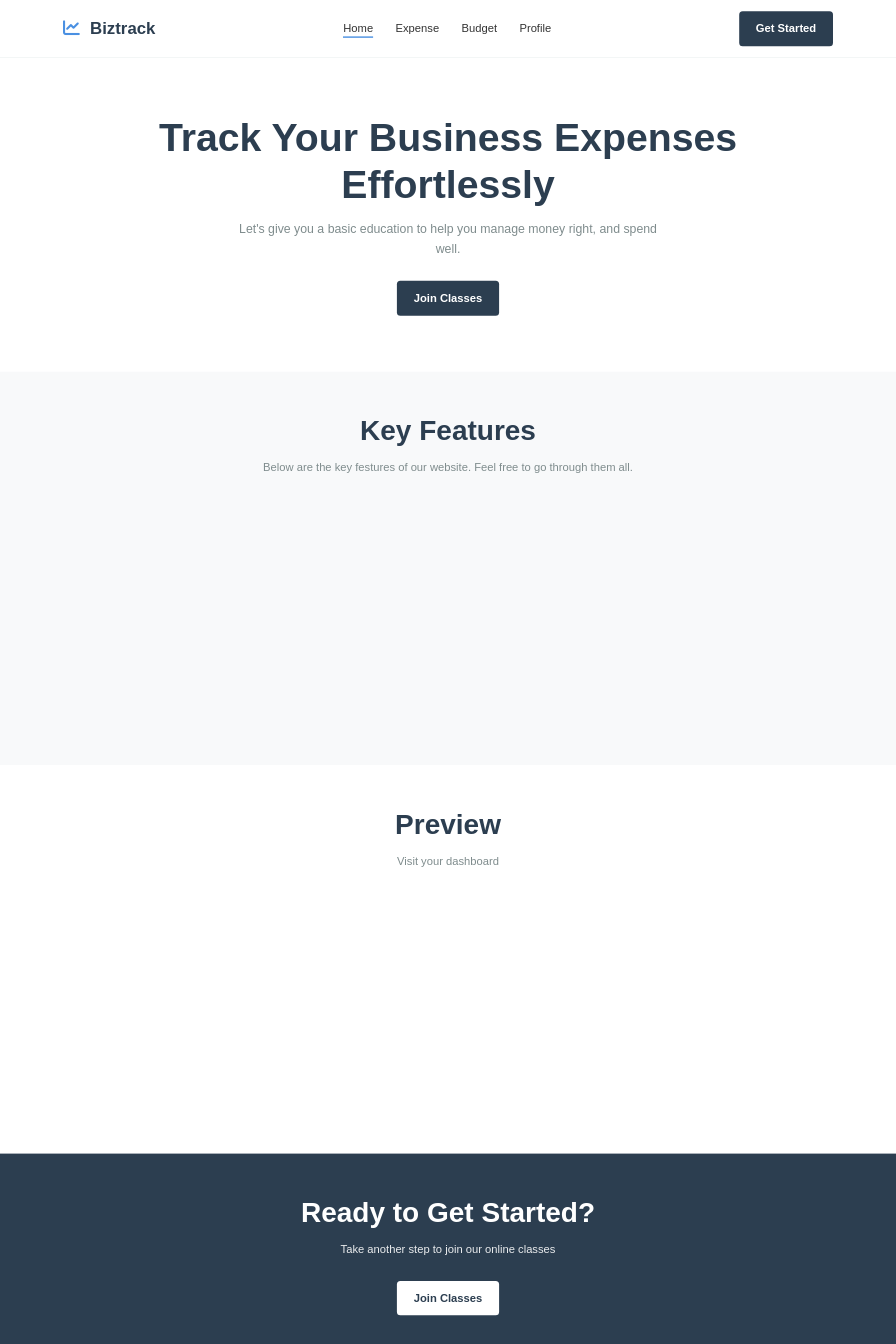
Repository: JoyUdoh106/wdd131
Page: project/index.html
These files come from the project's save history. The page is drawn as it stood at one moment and after the next save; the edit follows.
The browser window is 1280 px wide. The pictures show the part of the page from y = 0 to 1920 px (the page is 2273 px tall before and 3188 px after), at 70% of full size.

Above is the page before, as saved 2025-08-10 19:18:26.
Console error: TypeError: Cannot set properties of null (setting 'textContent')

After the next save:
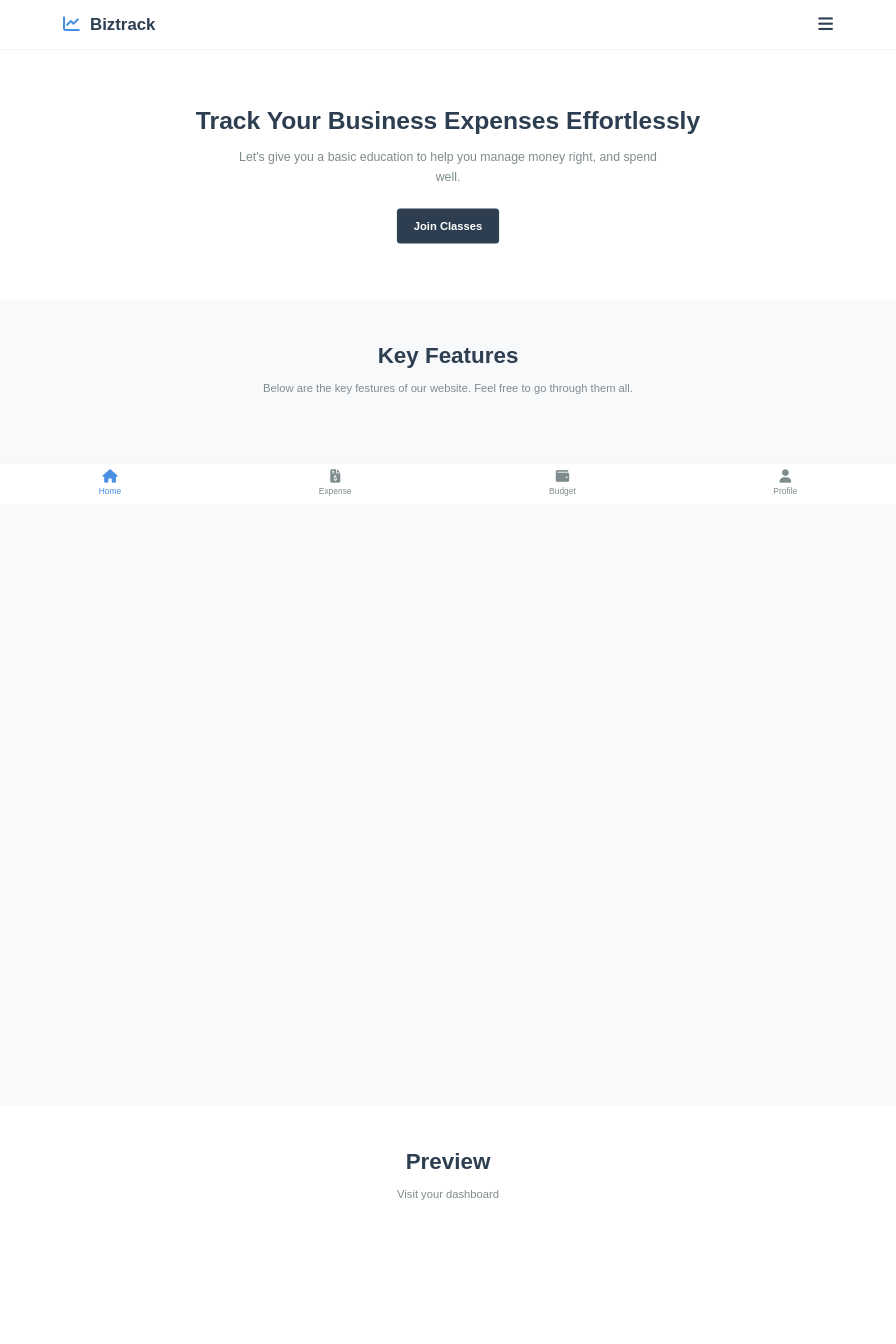
Saved 37 s later.
--- a/project/styles/project.css
+++ b/project/styles/project.css
@@ -364,56 +364,3 @@ body {
 
 
 /* --- Desktop Styles (Media Query) --- */
-@media (min-width: 768px) {
-    h1 { font-size: 3rem; }
-    h2 { font-size: 2.5rem; }
-
-    .nav-toggle, .mobile-nav, .mobile-bottom-nav {
-        display: none;
-    }
-    body { padding-bottom: 0; }
-
-    .main-nav {
-        display: block;
-    }
-    .nav-links {
-        display: flex;
-        gap: 2rem;
-        align-items: center;
-    }
-    .nav-link {
-        color: var(--text-color);
-        font-weight: 500;
-        position: relative;
-    }
-    .nav-link::after {
-        content: '';
-        position: absolute;
-        width: 0;
-        height: 2px;
-        bottom: -5px;
-        left: 0;
-        background-color: var(--primary-color);
-        transition: width 0.3s;
-    }
-    .nav-link:hover::after, .nav-link.active::after {
-        width: 100%;
-    }
-    .get-started-btn { display: inline-block; }
-    .hero-section h1 { font-size: 3.5rem; }
-
-    .features-grid {
-        grid-template-columns: repeat(2, 1fr);
-    }
-
-    .footer-container {
-        grid-template-columns: 2fr 1fr 1fr 1fr;
-        text-align: left;
-    }
-}
-
-@media (min-width: 992px) {
-    .features-grid {
-        grid-template-columns: repeat(4, 1fr);
-    }
-}
